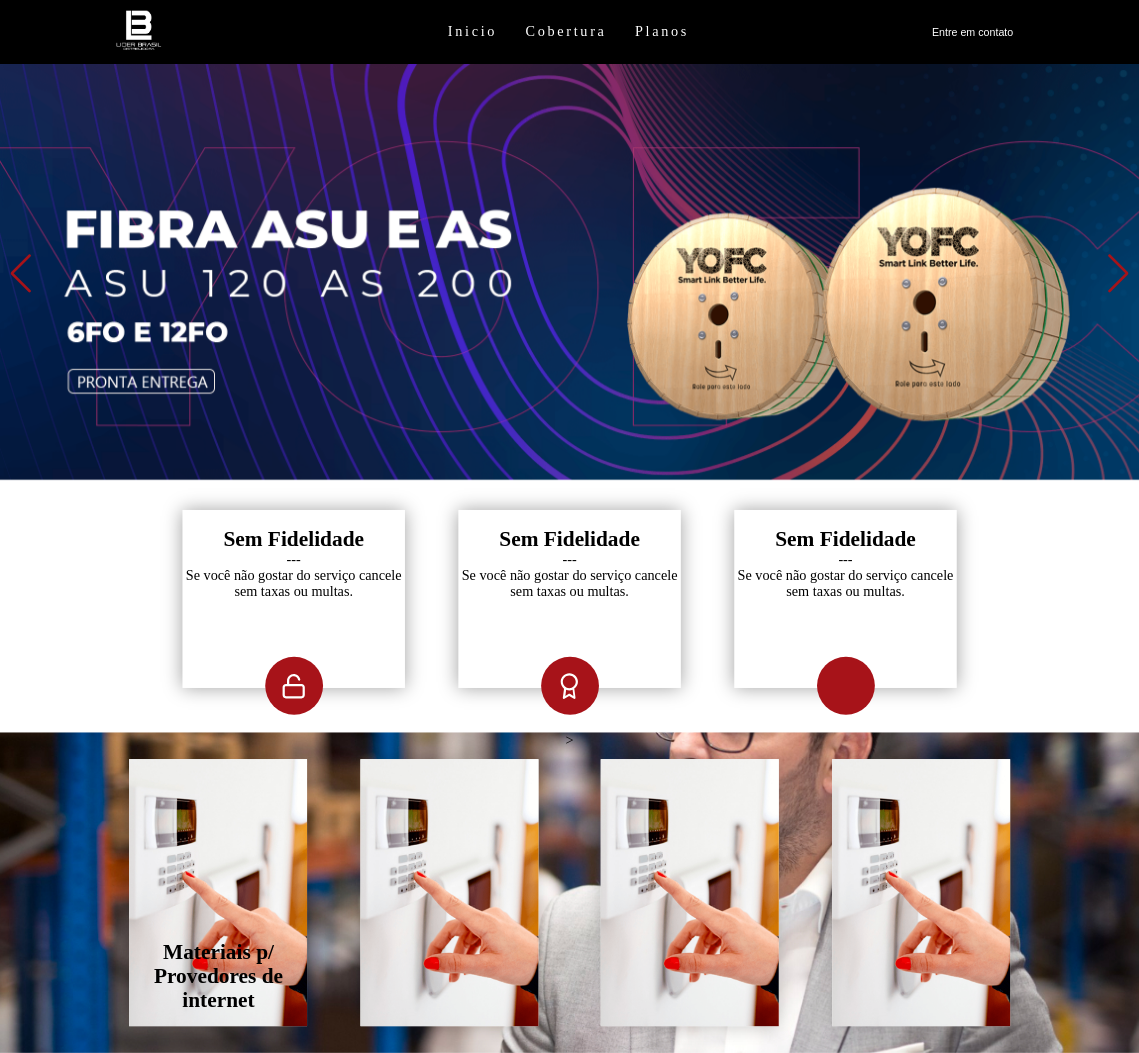
Repository: mateus-henrique-silva/Novo_institucional_lider
Page: index.html
These files come from the project's save history. The page is drawn as it stood at one moment and after a run of saves; the edit follows.
The browser window is 1280 px wide. The pictures show the whole page, at 89% of full size.
Backgrounds fixed to the window are drawn as part of the page. Some web fonts or font styles are not loaded; a fallback is used.

Above is the page before, as saved 2022-09-06 10:09:19.
Console error: SyntaxError: Identifier 'MobileNavbar' has already been declared

After the next 2 saves:
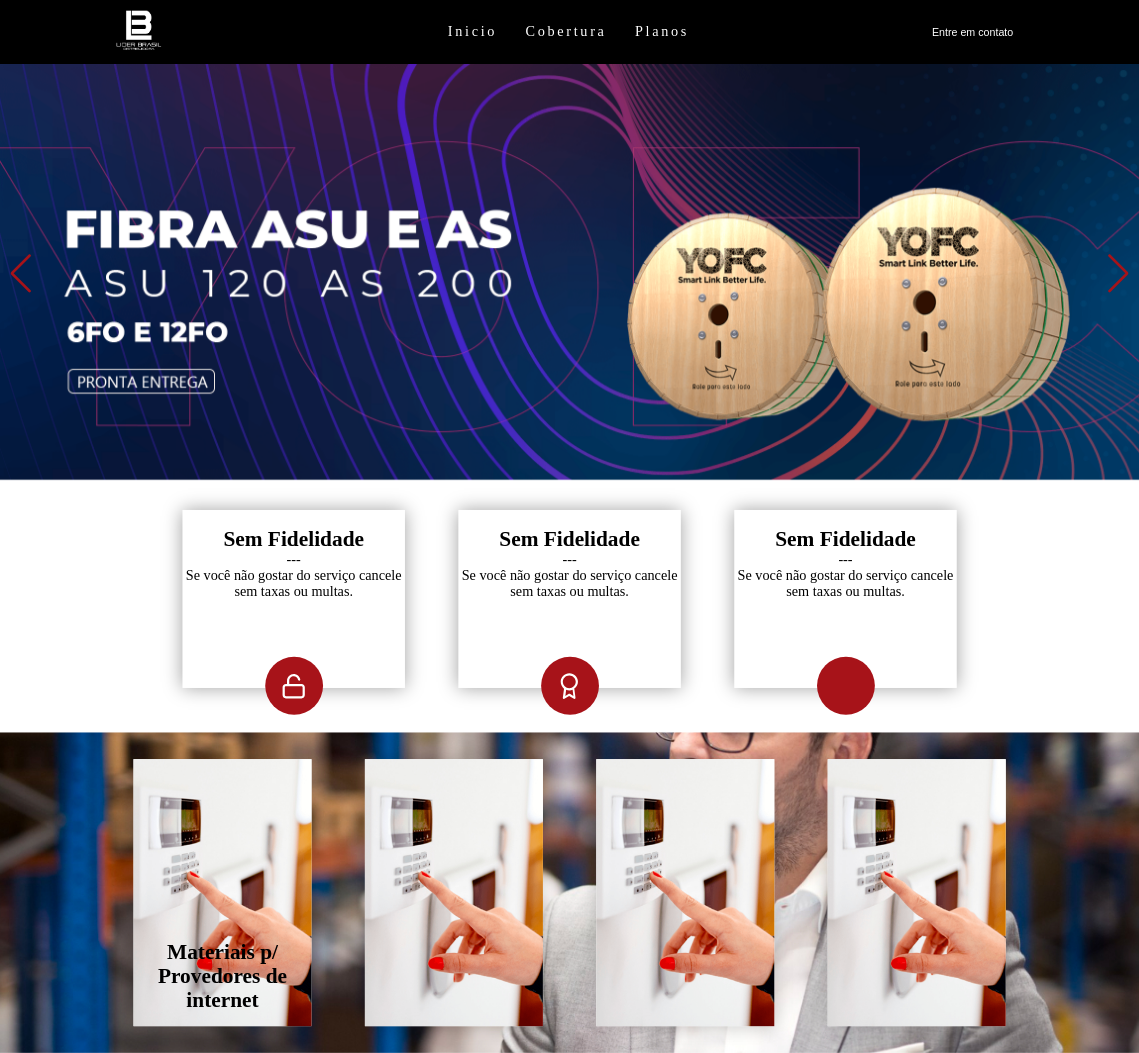
The 2 saves are shown as one change because they came seconds apart.
The last was saved 33 s later.
--- a/index.html
+++ b/index.html
@@ -190,8 +190,8 @@
               <div class="products">
                 <button>text</button>
               </div>
-            </li>>
-            </li>
+            </li>
+
             <li>
               <div class="products">
                 <button>text</button>
